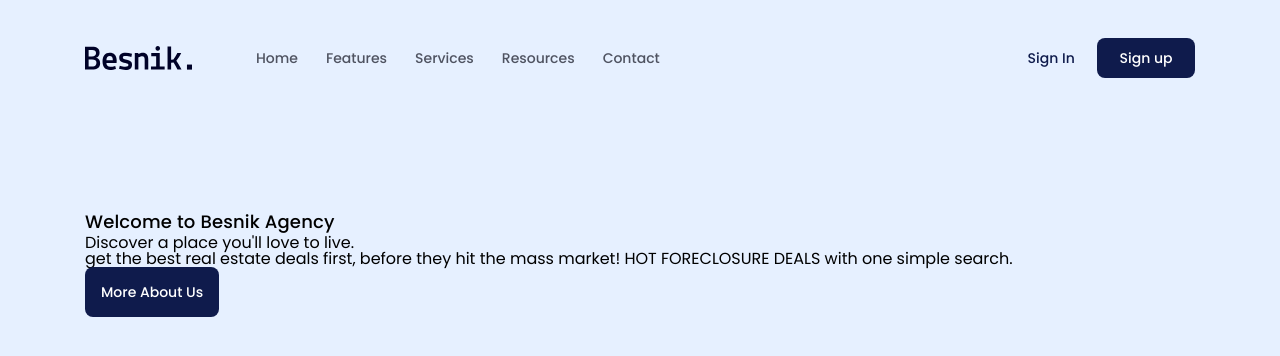
Repository: jessicapaa/F8-Project-01
Page: index.html
An editor plug-in stored every save of this project. The page is shown before and after the next save, followed by the edit.
The browser window is 1280 px wide. The pictures show the whole page.

Above is the page before, as saved 2024-03-08 07:20:08.

After the next save:
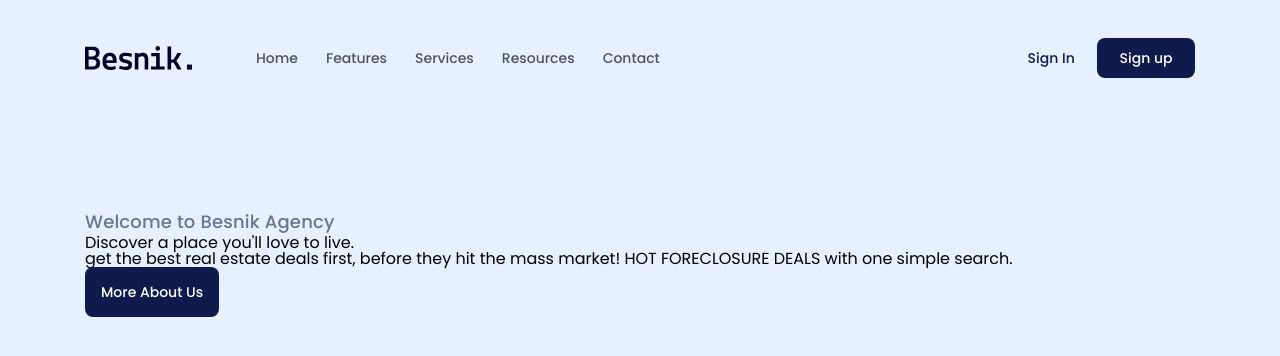
Saved 22 s later.
--- a/assets/css/styles.css
+++ b/assets/css/styles.css
@@ -89,4 +89,5 @@
     font-weight: 500;
     line-height: normal;
     letter-spacing: 0.018rem;
+    color: #687690;
 }
